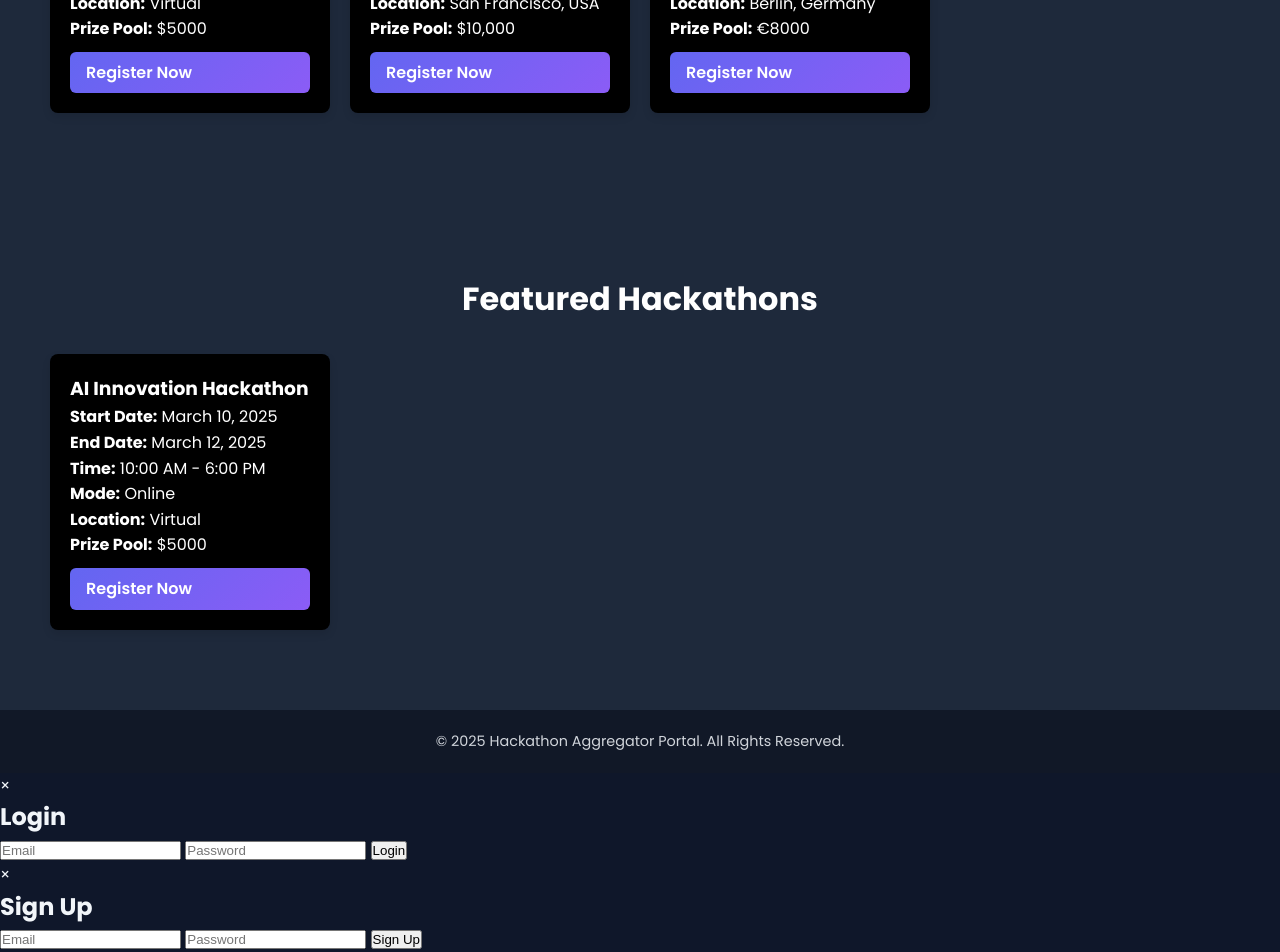
Repository: masihuddin-tech/Hackathon-Project
Page: index.html
The author's editor kept a copy of each file at every save. The page is drawn from the files as they stood at one save, then again after the next save.
The browser window is 1280 px wide. The pictures show the part of the page from y = 1043 to 1995 px (the page is 1995 px tall).
Backgrounds fixed to the window are drawn as part of the page.

Above is the page before, as saved 2025-09-04 10:52:27.
Not found: app.js

After the next save:
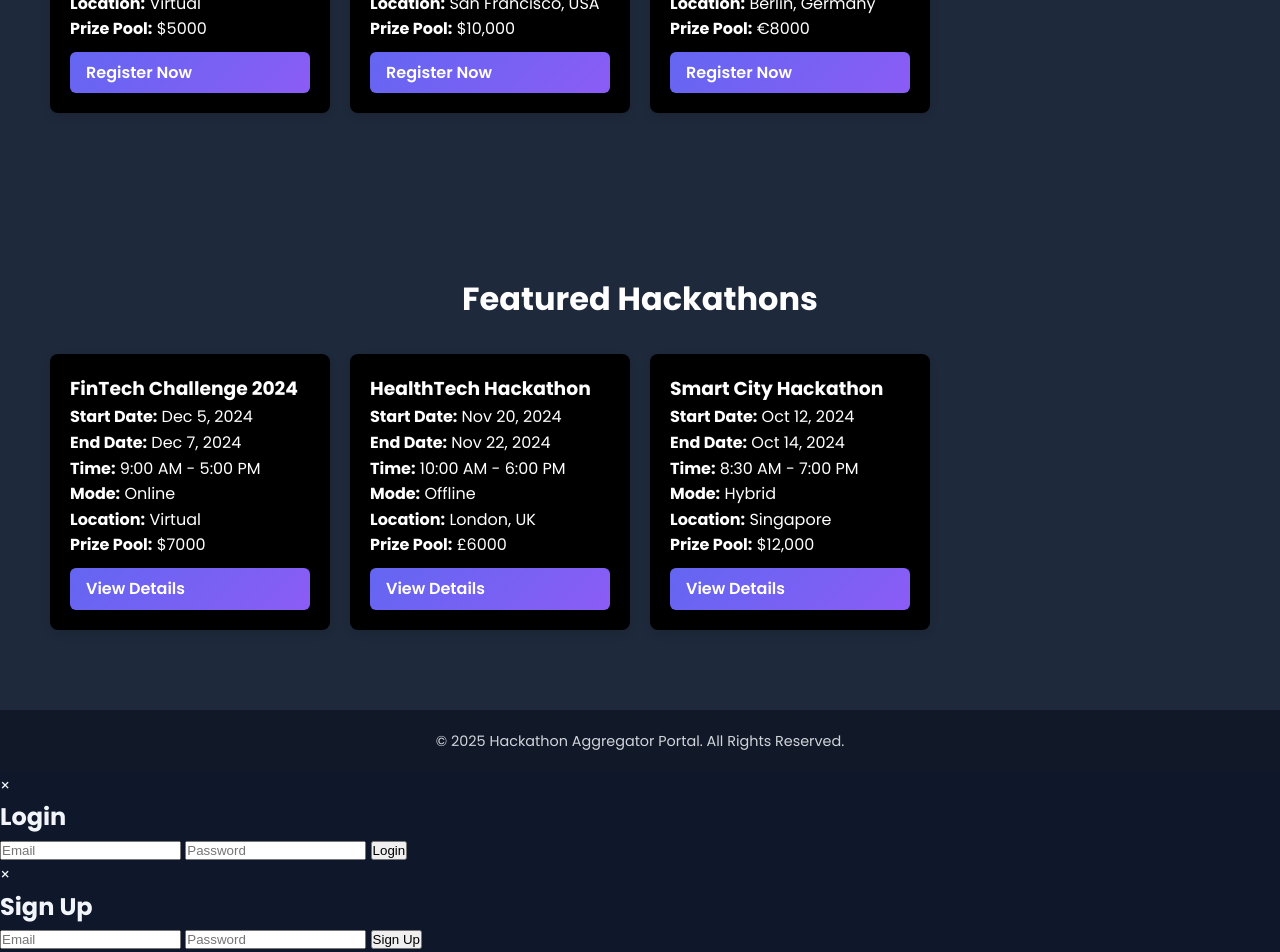
Saved 41 s later.
--- a/index.html
+++ b/index.html
@@ -79,16 +79,39 @@
   <h2>Featured Hackathons</h2>
   <div class="hackathon-grid" id="past-hackathons">
     <!-- Dummy Cards -->
-    <div class="card">
-  <h3>AI Innovation Hackathon</h3>
-  <p><strong>Start Date:</strong> March 10, 2025</p>
-  <p><strong>End Date:</strong> March 12, 2025</p>
-  <p><strong>Time:</strong> 10:00 AM - 6:00 PM</p>
+     <div class="card">
+  <h3>FinTech Challenge 2024</h3>
+  <p><strong>Start Date:</strong> Dec 5, 2024</p>
+  <p><strong>End Date:</strong> Dec 7, 2024</p>
+  <p><strong>Time:</strong> 9:00 AM - 5:00 PM</p>
   <p><strong>Mode:</strong> Online</p>
   <p><strong>Location:</strong> Virtual</p>
-  <p><strong>Prize Pool:</strong> $5000</p>
-  <a href="#">Register Now</a>
+  <p><strong>Prize Pool:</strong> $7000</p>
+  <a href="#">View Details</a>
 </div>
+
+<div class="card">
+  <h3>HealthTech Hackathon</h3>
+  <p><strong>Start Date:</strong> Nov 20, 2024</p>
+  <p><strong>End Date:</strong> Nov 22, 2024</p>
+  <p><strong>Time:</strong> 10:00 AM - 6:00 PM</p>
+  <p><strong>Mode:</strong> Offline</p>
+  <p><strong>Location:</strong> London, UK</p>
+  <p><strong>Prize Pool:</strong> £6000</p>
+  <a href="#">View Details</a>
+</div>
+
+<div class="card">
+  <h3>Smart City Hackathon</h3>
+  <p><strong>Start Date:</strong> Oct 12, 2024</p>
+  <p><strong>End Date:</strong> Oct 14, 2024</p>
+  <p><strong>Time:</strong> 8:30 AM - 7:00 PM</p>
+  <p><strong>Mode:</strong> Hybrid</p>
+  <p><strong>Location:</strong> Singapore</p>
+  <p><strong>Prize Pool:</strong> $12,000</p>
+  <a href="#">View Details</a>
+</div>
+
 
   </div>
 </section>
